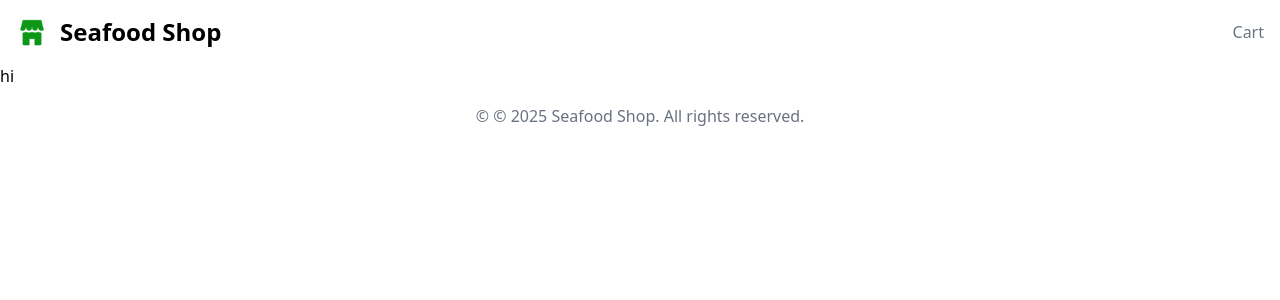
Repository: KongRucifer/SeaFood-Shop
Page: /
These files come from the project's save history. The page is drawn as it stood at one moment and after a run of saves; the edit follows.
The browser window is 1280 px wide. The pictures show the whole page.
The project was rebuilt for these pictures with package versions that can differ from the ones it lists, and the page was loaded fresh each time. The framework's server and built-in components were replaced by stand-ins that run in the browser. Also part of the build but not shown: next.config.ts.

Above is the page before, as saved 2025-06-24 20:54:39.

After the next 2 saves:
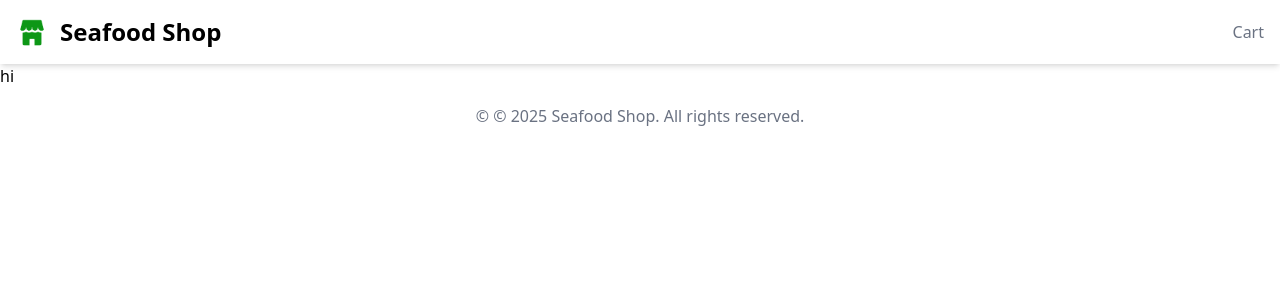
The 2 saves are shown as one change because they came seconds apart.
The last was saved 8 s later.
--- a/src/components/Navbar.tsx
+++ b/src/components/Navbar.tsx
@@ -1,7 +1,7 @@
 
 export default function Navbar() {
   return (
-    <nav className="bg-white border-gray-200 dark:bg-gray-900 ">
+    <nav className="bg-white border-gray-200 dark:bg-gray-900 shadow-md">
       <div className="max-w-screen-xl flex flex-wrap items-center justify-between mx-auto p-4">
         <a href="/" className="flex items-center">
           <img
